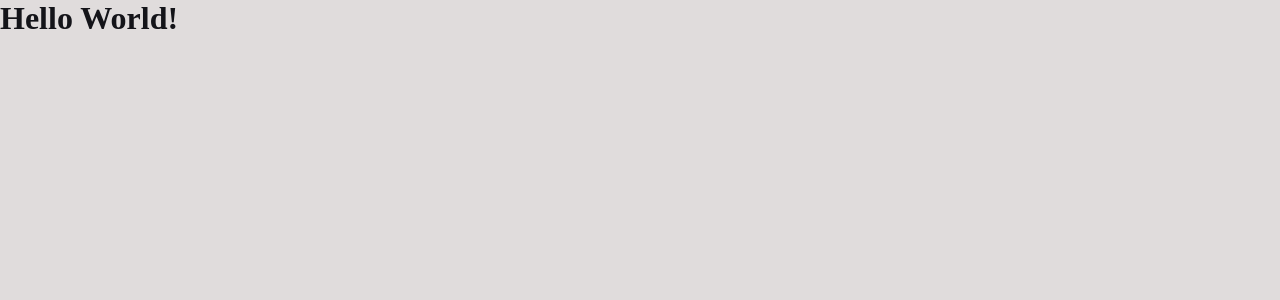
Repository: brunobfuhr/P-gina-Din-nmica---React
Page: / (app in feed/)
The author's editor kept a copy of each file at every save. The page is drawn from the files as they stood at one save, then again after the next save.
The browser window is 1280 px wide. The pictures show the whole page.
The project was rebuilt for these pictures with package versions that can differ from the ones it lists, and the page was loaded fresh each time. Also part of the build but not shown: feed/vite.config.js.

Above is the page before, as saved 2022-09-28 16:03:45.

After the next save:
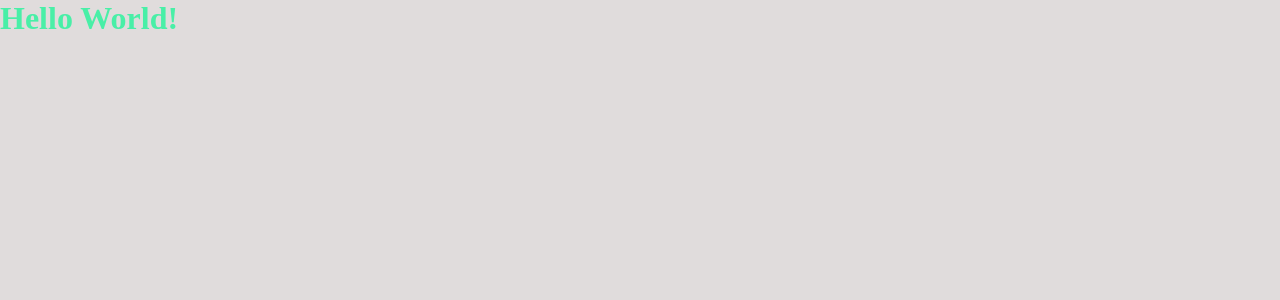
Saved 58 s later.
--- a/feed/src/assets/global.css
+++ b/feed/src/assets/global.css
@@ -21,5 +21,5 @@
 
   body {
     background: var(--gray-100);
-    color: var(--gray-900);
+    color: var(--green-100);
   }

After the save that followed:
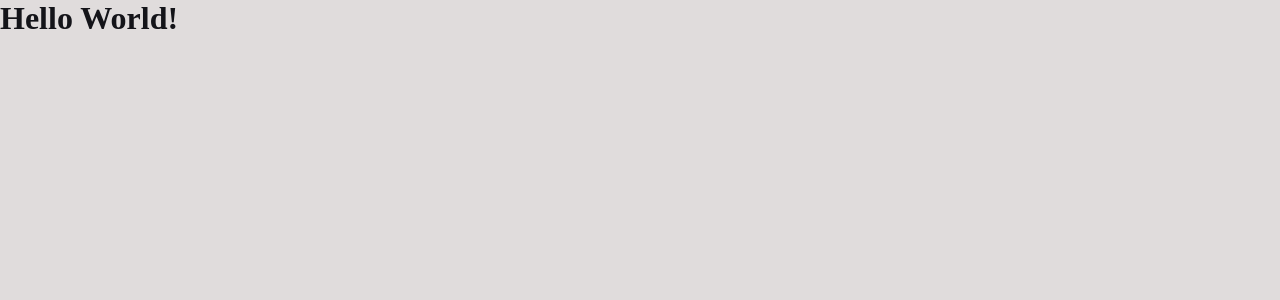
Saved 6 s later.
--- a/feed/src/assets/global.css
+++ b/feed/src/assets/global.css
@@ -21,5 +21,5 @@
 
   body {
     background: var(--gray-100);
-    color: var(--green-100);
+    color: var(--gray-900);
   }
